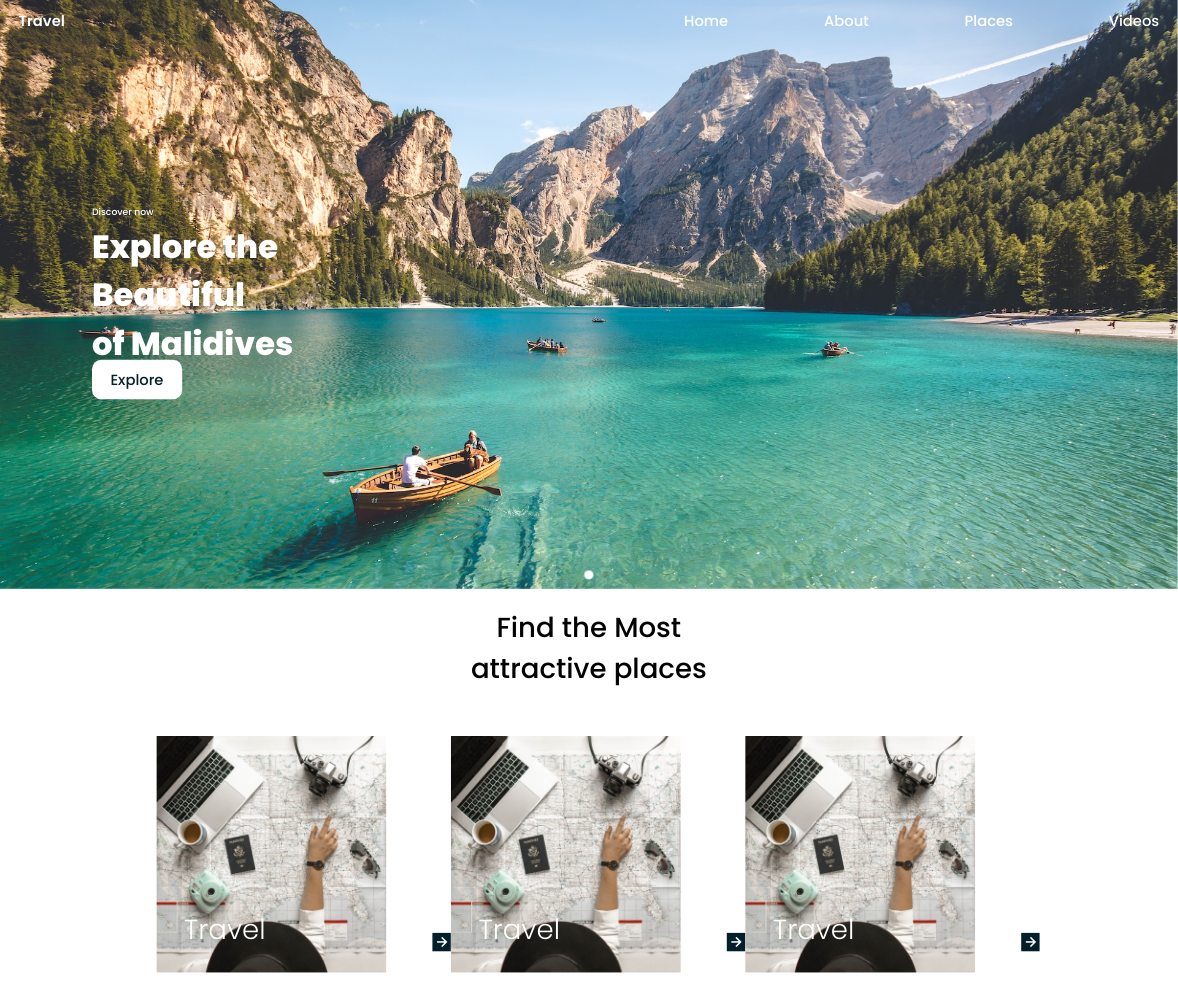
Repository: OmniaRafat232111121/Traveling
Page: index.html
These files come from the project's save history. The page is drawn as it stood at one moment and after the next save; the edit follows.
The browser window is 1280 px wide. The pictures show the whole page, at 92% of full size.

Above is the page before, as saved 2022-12-20 11:31:08.

### index.html
<!DOCTYPE html>
<html lang="en">
<head>
    <meta charset="UTF-8">
    <meta http-equiv="X-UA-Compatible" content="IE=edge">
    <meta name="viewport" content="width=device-width, initial-scale=1.0">
    <title>Travel Css</title>
    <link rel="stylesheet" href="css/style.css">
    <!--swiper-->
       <link
  rel="stylesheet"
  href="https://cdn.jsdelivr.net/npm/swiper@8/swiper-bundle.min.css"
/>
<!--Box icon-->
 <link rel="stylesheet"
  href="https://cdn.jsdelivr.net/npm/boxicons@latest/css/boxicons.min.css">
</head>
<body>
    <!--navbar start-->
    <header class="header">
        <div class="logo">
        <a href="index.html" >Travel</a>
        </div>
        <div class="'bx bx-menu" id="menu-icon"></div>
        <nav>
            <ul>
                <li><a href="index.html">Home</a></li>
                <li><a href="#about">About</a></li>
                <li><a href="#places">Places</a></li>
                <li><a href="#viedo">Videos</a></li>
            </ul>
        </nav>

    </header>
   <!--navbar end-->
   <!--home start-->
   <section class="home swiper" id="home">
   <div class="swiper-wrapper">
        <div class="swiper-slide container">
            <img src="./imgs/travel1.jpg" alt="travel"/>
            <div class="home-text">
                <span>Discover now</span>
                <h1>Explore the <br>Beautiful<br> of Malidives</h1>
                <a href="#" class="btn"> Explore</a>
            </div>
        </div>

        <div class="swiper-slide container">
            <img src="./imgs/dessert.jpg" alt="travel"/>\
            <div class="home-text">
                <span>Discover now</span>
                <h1>Explore the <br>Beautiful<br> of Malidives</h1>
                <a href="#" class="btn"> Explore</a>
            </div>
        </div>
        <div class="swiper-slide container">
            <img src="./imgs/travel3.jpg" alt="travel"/>
            <div class="home-text">
                <span>Discover now</span>
                <h1>Explore the <br>Beautiful<br> of Malidives</h1>
                <a href="#" class="btn"> Explore</a>
            </div>
        </div>

      </div>
    <div class="swiper-pagination"></div>
   </section>
   <!--home end-->

   <!--places start-->
   <section class="places" id="places">
    <div class="heading">
        <h1>Find the Most <br>attractive places</h1>
        <div class="places-container">
            <div class="box">
                <div class="place-image">
                   <img  src="./imgs/p1.jpg" alt="image" />
                </div>
                <div class="place-heading">
                    <h2>Travel</h2>
                </div>
                <i class='bx bx-right-arrow-alt place-icon'></i>

            </div>
            <div class="box">
                <div class="place-image">
                   <img  src="./imgs/p1.jpg" alt="image" />
                </div>
                <div class="place-heading">
                    <h2>Travel</h2>
                </div>
                <i class='bx bx-right-arrow-alt place-icon'></i>

            </div>
            <div class="box">
                <div class="place-image">
                   <img  src="./imgs/p1.jpg" alt="image" />
                </div>
                <div class="place-heading">
                    <h2>Travel</h2>
                </div>
                <i class='bx bx-right-arrow-alt place-icon'></i>

            </div>

        </div>

    </div>

   </section>

   <!--places ends-->
<!--swiper-->
<script src="https://cdn.jsdelivr.net/npm/swiper@8/swiper-bundle.min.js"></script>
<!--custom js-->
<script src="main.js"></script>
</body>
</html>

### css/style.css
@import url('https://fonts.googleapis.com/css2?family=Be+Vietnam+Pro:wght@100&family=Inter:wght@100;300;400;500;600&family=Montserrat:wght@400;700&family=Nunito:ital,wght@0,200;0,300;1,200&family=Open+Sans:ital,wght@0,300;0,600;0,700;1,300&family=Poppins:ital,wght@0,200;0,300;0,500;0,600;0,800;0,900;1,100;1,200;1,300;1,500&family=Work+Sans:ital,wght@0,100;0,200;0,400;0,500;1,200;1,300&display=swap');
*{
    padding:0;
    margin:0;
    box-sizing: border-box;
    font-family: Poppins,'sans-serif';
    scroll-behavior: smooth;
}
:root{
    --text-color:#021f2a;
    --bf-color:#fff;
}
li{
    list-style: none;
}
a{
    text-decoration: none;
}
header{

    position:fixed;
    width:100%;
    top:0;
    left:0;
    right:0;
    display:flex;
    align-items: center;
    justify-content: space-between;
    padding:10px 20px;
     transition: 0.3s;
     z-index:20000;
}
nav ul li{
    display:inline-block;
    margin-left: 100px;

}
nav ul li a{
    color:#fff;
}
.logo a{
    font-size: 1rem;
    font-weight: 600;
    color:var(--bf-color)
}
nav ul li {
    position: relative;
}
nav ul li a::after{
    content:" ";
    width:0%;
    height:2px;
    background-color:#fff;
    position: absolute;
    bottom: -3px;
    left:0;
    transition: 0.3s;

}
nav ul li a:hover::after{
 width:50px;
}
#menu-icon{
    display:none;
    cursor: pointer;
    z-index:10001;

}
.container{
    position:relative;
    width:100%;
    min-height:640px ;
    display: flex;
    align-items: center;
}
.container img{
    position: absolute;
    width:100%;
    height:100%;
    object-fit: cover;
}
.swiper-pagination-bullet{
padding:5px;
 background:var(--bf-color);
}
/* .swiper-pagination-bullet-active{
    background:var(--bf-color);
} */
span.swiper-pagination-bullet.swiper-pagination-bullet-active.swiper-pagination-bullet-active-main {
    background: #fff;
}
.home-text{
    z-index:20001;
    padding:0px 100px;
}
.home-text span{
    color:#fff;
    font-size: 10px;
}
.home-text h1{
    font-weight: 700;
    font-size: 35px;
    color:#fff;
}
.home-text h1:hover{
    color:var(--text-color);
    transition: 0.3s linear;
}
.btn{
    background-color: var(--bf-color);
    color:var(--text-color);
    padding:10px 20px;
    border-radius: 10px;
    margin-top: 70px;
    font-weight: 500;
}
.btn:hover{
    color: var(--bf-color);
    background-color:var(--text-color);
}

.heading{
    text-align: center;
}
.heading h1{
    font-weight: 500;
    padding:20px;
    font-size: 30px;
}
.places-container{
    display:grid;
    grid-template-columns: repeat(auto-fill,minmax(300px,auto));
    gap:20px;
    padding:30px;
    justify-content: center;
}
.places-container .box{
    position:relative;
}
.box .place-image{
    width:250px;
    overflow: hidden;
}
.places-container .box .place-image img{
    width:100%;
    height:100%;
}
 .box .place-image img:hover{
    transform: scale(1.1);
    transition: 0.3s;
}
.place-heading {
position:absolute;
bottom:30px;
}
.place-heading h2{
    font-weight: 300;
    font-size: 30px;
    color:var(--bf-color);
    margin-left:30px;

}
.place-icon{
    position:absolute;
    bottom:30px;
    left:300px;
    color:var(--bf-color);
    background-color: var(--text-color);
    font-size: 20px;
}

### main.js
//swiper
var swiper = new Swiper(".home", {
       loop: true,
       grabCursor:true,
       pagination: {
          el: ".swiper-pagination",
          dynamicBullets: true,
        },
});

After the next save:
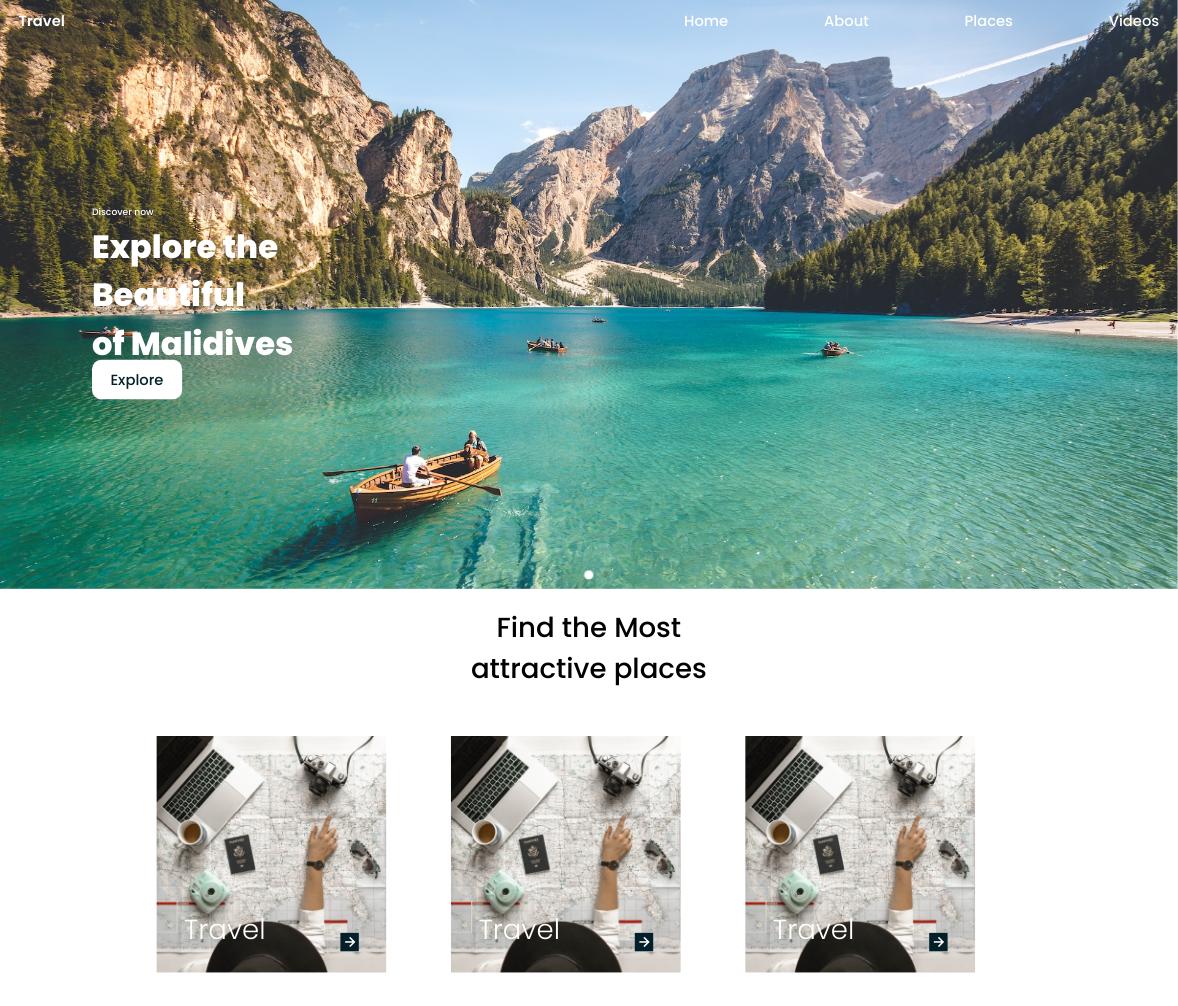
Saved 7 s later.
--- a/css/style.css
+++ b/css/style.css
@@ -163,7 +163,7 @@ bottom:30px;
 .place-icon{
     position:absolute;
     bottom:30px;
-    left:300px;
+    left:200px;
     color:var(--bf-color);
     background-color: var(--text-color);
     font-size: 20px;
